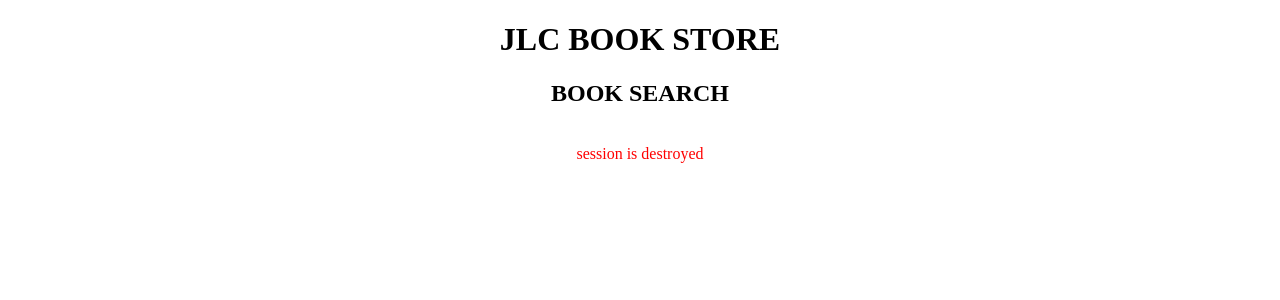
Repository: loky91/MYLABSONLY
Page: http://localhost/Lab9_SHOPPING_CART/showcart.jlc
These files come from the project's save history. The page is drawn as it stood at one moment and after the next save; the edit follows.
The browser window is 1280 px wide. The pictures show the whole page.
The page is served by Tomcat 9.

Above is the page before, as saved 2017-07-02 08:46:13.

After the next save:
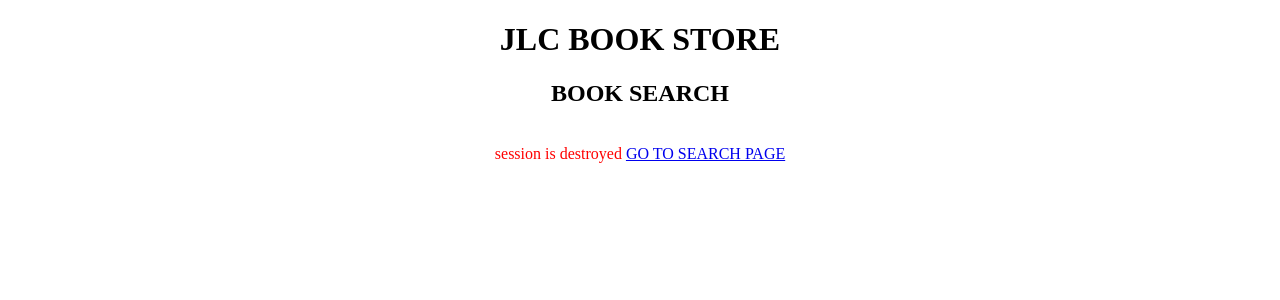
Saved 47 s later.
--- a/J2EE-SERVLET/Lab9_SHOPPING_CART/WebContent/showbooks.jsp
+++ b/J2EE-SERVLET/Lab9_SHOPPING_CART/WebContent/showbooks.jsp
@@ -20,6 +20,8 @@ if(obj!=null){
 <font color="red">
 <%=obj%>
 </font>
+
+<a href="index.jsp">GO TO SEARCH PAGE</a>
 </center>
 
 
